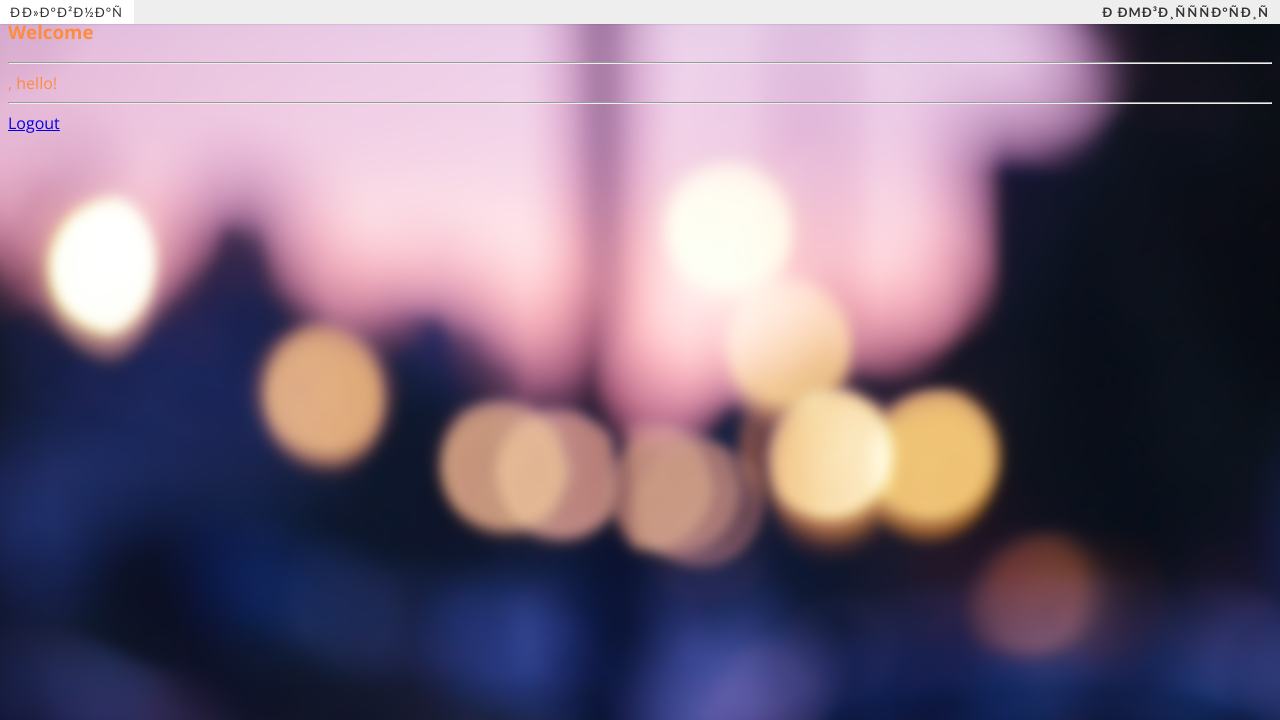
Repository: KosiloVeronika/workspace
Page: http://localhost/libraryManager/jsp/main.jsp
The author's editor kept a copy of each file at every save. The page is drawn from the files as they stood at one save, then again after a run of saves.
The browser window is 1280 px wide. The pictures show the whole page.
The page is served by Tomcat 9. Other server files are loaded and not shown.

Above is the page before, as saved 2015-09-02 19:27:30.

### libraryManager/WebContent/jsp/main.jsp
<%@ page language="java" contentType="text/html; charset=utf-8"
    pageEncoding="ISO-8859-1"%>
<!DOCTYPE html PUBLIC "-//W3C//DTD HTML 4.01 Transitional//EN" "http://www.w3.org/TR/html4/loose.dtd">
<html>
<head>
	<meta http-equiv="Content-Type" content="text/html; charset=utf-8">
	<link rel="stylesheet" href="css/style.css" media="screen" type="text/css" />
	<link href='http://fonts.googleapis.com/css?family=Open+Sans:400,700' rel='stylesheet' type='text/css'>
	<title>main</title>
</head>
<body>
<!-- vladmaxi top bar -->
    <div class="vladmaxi-top">
        <a href="http://vladmaxi.net" target="_blank">Главная</a>
        <span class="right">
        <a href="jsp/registration.jsp">
                <strong>Регистрация</strong>
            </a>
        </span>
    <div class="clr"></div>
    </div>
<!--/ vladmaxi top bar -->
	<h3>Welcome</h3>
	<hr/>
		${user}, hello!
	<hr/>
	<a href="Controller?command=logout">Logout</a>
</body>
</html>

### libraryManager/WebContent/css/style.css
@charset "utf-8";

html {
  background: url(../images/TebPWZ6.jpg) no-repeat center center fixed;
  -webkit-background-size: cover;
  -moz-background-size: cover;
  -o-background-size: cover;
  background-size: cover;
}

body {
	color: #ff8b3d;
  font-family: 'Open Sans', sans-serif;
	font-size: 16px;

}

#login-form {
	background-color: #363636;
	border-radius: 5px;
	-moz-border-radius: 5px;
	-webkit-border-radius: 5px;
	margin: 150px auto;
	width: 300px;
  font-family: 'Open Sans', sans-serif;
	font-size: 16px;
  -webkit-box-shadow:  0px 10px 20px 0px rgba(0, 0, 0, 0.3);
   box-shadow:  0px 10px 20px 0px rgba(0, 0, 0, 0.3);

}

#login-form h1 {
	background-color: #292829;
	border-radius: 5px 5px 0px 0px;
	-moz-border-radius: 5px 5px 0px 0px;
	-webkit-border-radius: 5px 5px 0px 0px;
	color: #fff;
	padding: 20px;
	text-align: center;
	text-transform: uppercase;
  font-family: 'Open Sans', sans-serif;
	font-size: 14px;
}

#login-form fieldset {
	border: none;
	padding: 20px;
	position: relative;
}


#login-form fieldset form {
	overflow: hidden;
	width: 270px;
}

#login-form fieldset form input {
	font-family: Arial, Helvetica, sans-serif;
	font-size: 14px;
	outline: none;
  -webkit-appearance:none;
  width: 260px;
  align: center;
  position: center;


}

#login-form fieldset form input[type="text"] {
	border: 1px solid #292829;
	border-radius: 3px 3px 0px 0px;
	-moz-border-radius: 3px 3px 0px 0px;
	-webkit-border-radius: 3px 3px 0px 0px;
	padding: 12px 10px;
	width: 238px;
  -webkit-appearance:none;
}

#login-form fieldset form input[type="password"] {
	border: 1px solid #292829;
	border-top: none;
	border-radius: 0px 0px 3px 3px;
	-moz-border-radius: 0px 0px 3px 3px;
	-webkit-border-radius: 0px 0px 3px 3px;
	padding: 12px 10px;
	width: 238px;
  -webkit-appearance:none;
}

#login-form fieldset form input[type="submit"] {
	background-color: #ebebeb;
	border: none;
	border-radius: 3px;
	-moz-border-radius: 3px;
	-webkit-border-radius: 3px;
	color: #404040;
	cursor: pointer;
	float: none;
	font-weight: bold;
	margin-top: 20px;
	padding: 12px 12px;
  -webkit-appearance: none;
}

#login-form fieldset form input[type="submit"]:hover {
	background-color: #e0e0e0;
}

#login-form fieldset form span:before {
	background-color: #c9c9c9;
	border-radius: 50%;
	-moz-border-radius: 50%;
	-webkit-border-radius: 50%;
	content: "?";
	display: inline-block;
	height: 20px;
	line-height: 20px;
	margin-right: 10px;
	text-align: center;
	width: 20px;
}

#login-form fieldset form span {
	font-size: 12px;
	margin-top: 40px;
}

#login-form fieldset form span a{
	color: #eb6d1a;
	text-decoration: none;
}

#login-form fieldset form span a:hover {
	color: #eb6d1a;
}

/* ����� ���� vladmaxi, ����� ������� */
.vladmaxi-top{
	line-height: 24px;
	font-size: 11px;
	background: #eee;
	text-transform: uppercase;
	z-index: 9999;
	position: fixed;
	top:0;
	left:0;
	width:100%;
	font-family: calibri;
	font-size: 13px;
	box-shadow: 1px 0px 2px rgba(0,0,0,0.2);
	-webkit-animation: slideOut 0.5s ease-in-out 0.3s backwards;
}
@-webkit-keyframes slideOut{
	0%{top:-30px; opacity: 0;}
	100%{top:0px; opacity: 1;}
}

.vladmaxi-top a{
	padding: 0px 10px;
	letter-spacing: 1px;
	color: #333;
	text-shadow: 0px 1px 1px #fff;
	display: block;
	float: left;
	text-decoration:none;
}
.vladmaxi-top a:hover{
	background: #fff;
}
.vladmaxi-top span.right{
	float: right;
}
.vladmaxi-top span.right a{
	float: left;
	display: block;
}

After the next 4 saves:
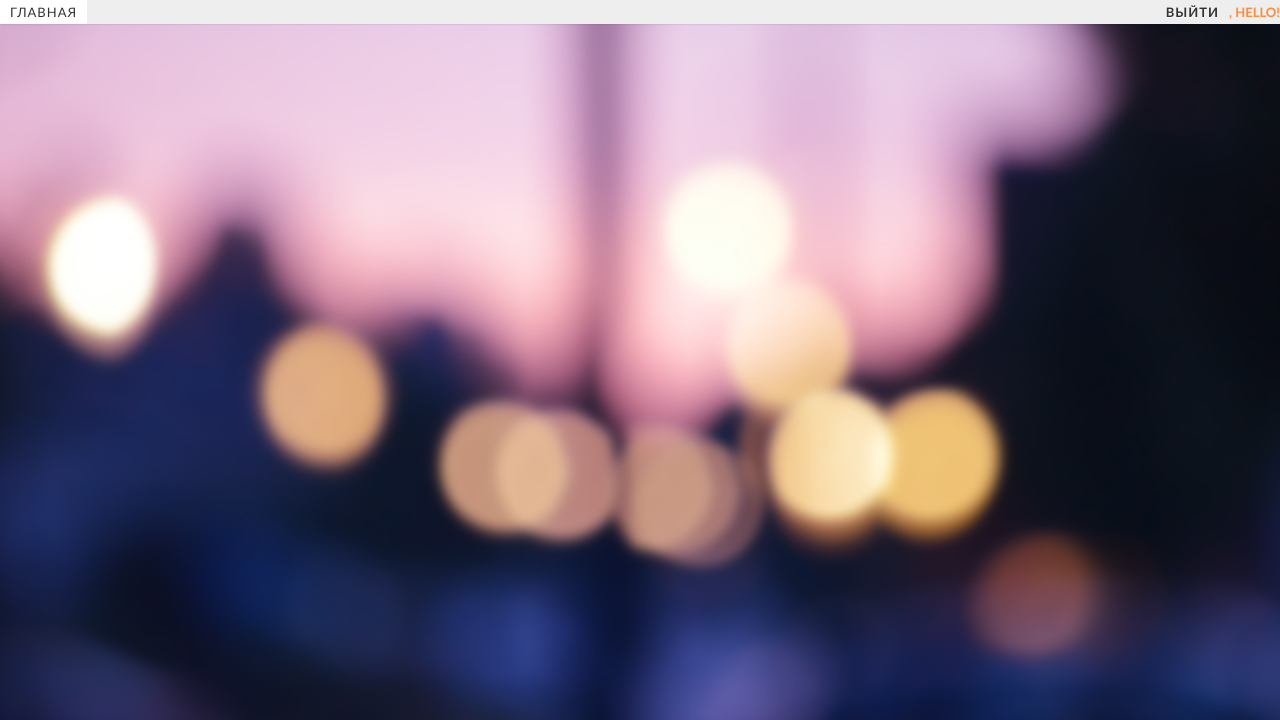
The 4 saves are shown as one change because 3 did not build or start.
The last was saved 8 min 22 s later.
--- a/libraryManager/WebContent/jsp/main.jsp
+++ b/libraryManager/WebContent/jsp/main.jsp
@@ -1,29 +1,25 @@
 <%@ page language="java" contentType="text/html; charset=utf-8"
-    pageEncoding="ISO-8859-1"%>
+    pageEncoding="utf-8"%>
 <!DOCTYPE html PUBLIC "-//W3C//DTD HTML 4.01 Transitional//EN" "http://www.w3.org/TR/html4/loose.dtd">
 <html>
 <head>
-	<meta http-equiv="Content-Type" content="text/html; charset=utf-8">
 	<link rel="stylesheet" href="css/style.css" media="screen" type="text/css" />
 	<link href='http://fonts.googleapis.com/css?family=Open+Sans:400,700' rel='stylesheet' type='text/css'>
+	<meta http-equiv="Content-Type" content="text/html; charset=utf-8">
 	<title>main</title>
 </head>
 <body>
-<!-- vladmaxi top bar -->
     <div class="vladmaxi-top">
         <a href="http://vladmaxi.net" target="_blank">Главная</a>
         <span class="right">
-        <a href="jsp/registration.jsp">
-                <strong>Регистрация</strong>
+        <a href="Controller?command=logout">
+                <strong>Выйти</strong>
             </a>
+
+        <strong>${user}, hello!</strong>
+
         </span>
     <div class="clr"></div>
     </div>
-<!--/ vladmaxi top bar -->
-	<h3>Welcome</h3>
-	<hr/>
-		${user}, hello!
-	<hr/>
-	<a href="Controller?command=logout">Logout</a>
 </body>
 </html>
